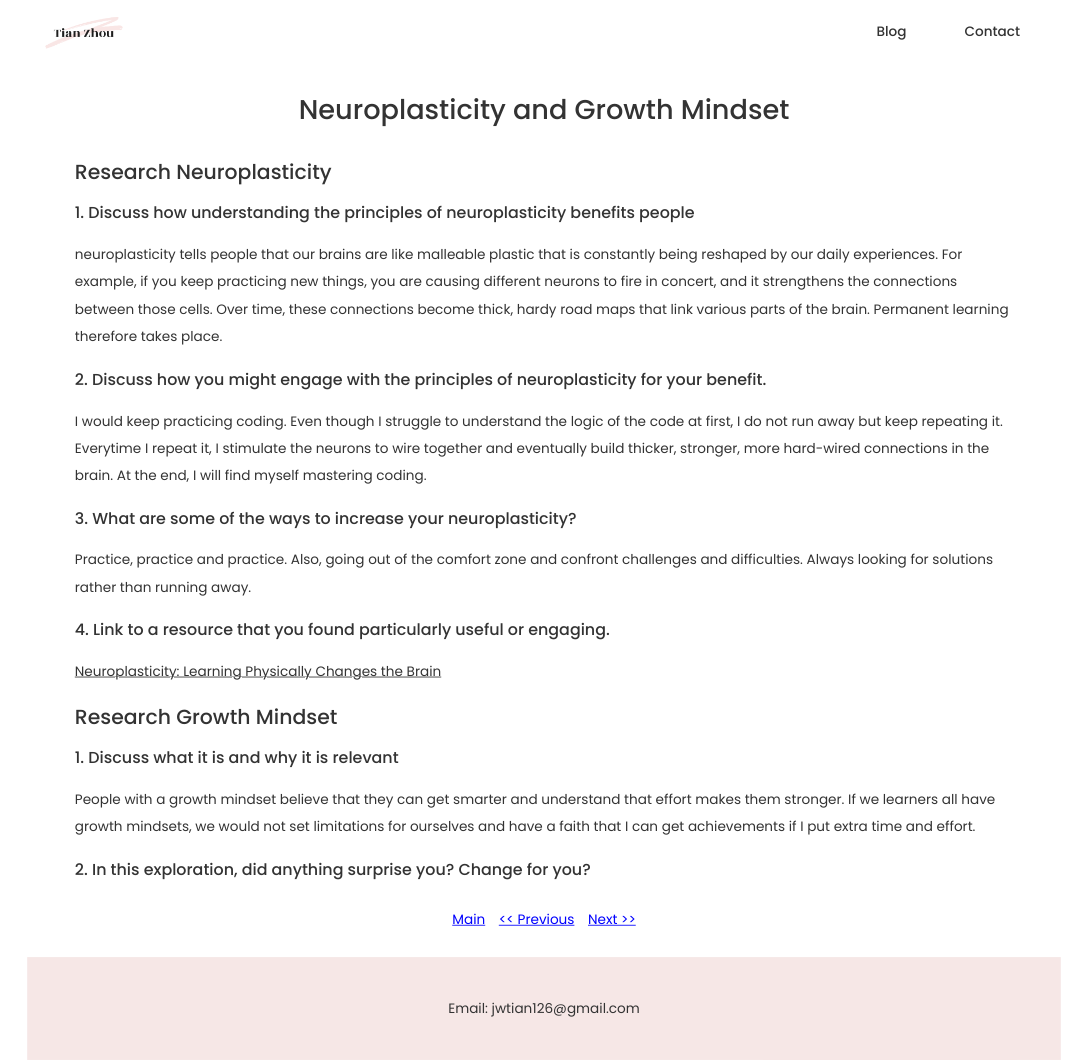
Repository: Tiaanz/Tiaanz.github.io
Page: blog/neuroplasticity.html
An editor plug-in stored every save of this project. The page is shown before and after the next save, followed by the edit.
The browser window is 1280 px wide. The pictures show the whole page, at 85% of full size.

Above is the page before, as saved 2023-01-30 14:35:45.

After the next save:
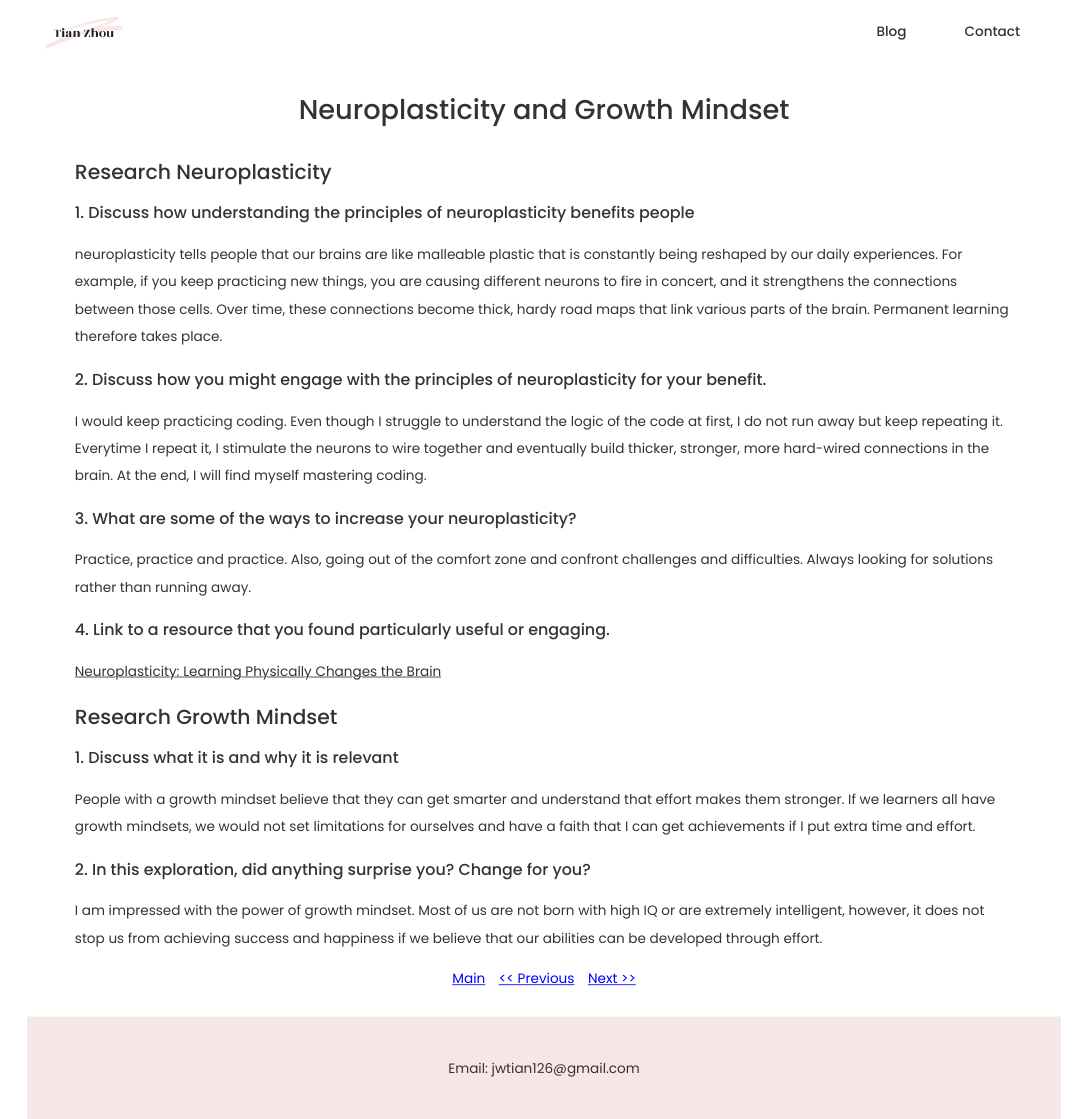
Saved 21 s later.
--- a/blog/neuroplasticity.html
+++ b/blog/neuroplasticity.html
@@ -42,6 +42,7 @@
             <h3>1. Discuss what it is and why it is relevant</h3>
             <p>People with a growth mindset believe that they can get smarter and understand that effort makes them stronger. If we learners all have growth mindsets, we would not set limitations for ourselves and have a faith that I can get achievements if I put extra time and effort. </p>
             <h3>2. In this exploration, did anything surprise you? Change for you?</h3>
+            <p>I am impressed with the power of growth mindset. Most of us are not born with high IQ or are extremely intelligent, however, it does not stop us from achieving success and happiness if we believe that our abilities can be developed through effort.</p>
             <div class="page-nav">
                 <a href="../index.html">Main</a>
                 <a href="./emotional-intelligence.html"> &lt&lt Previous</a>
